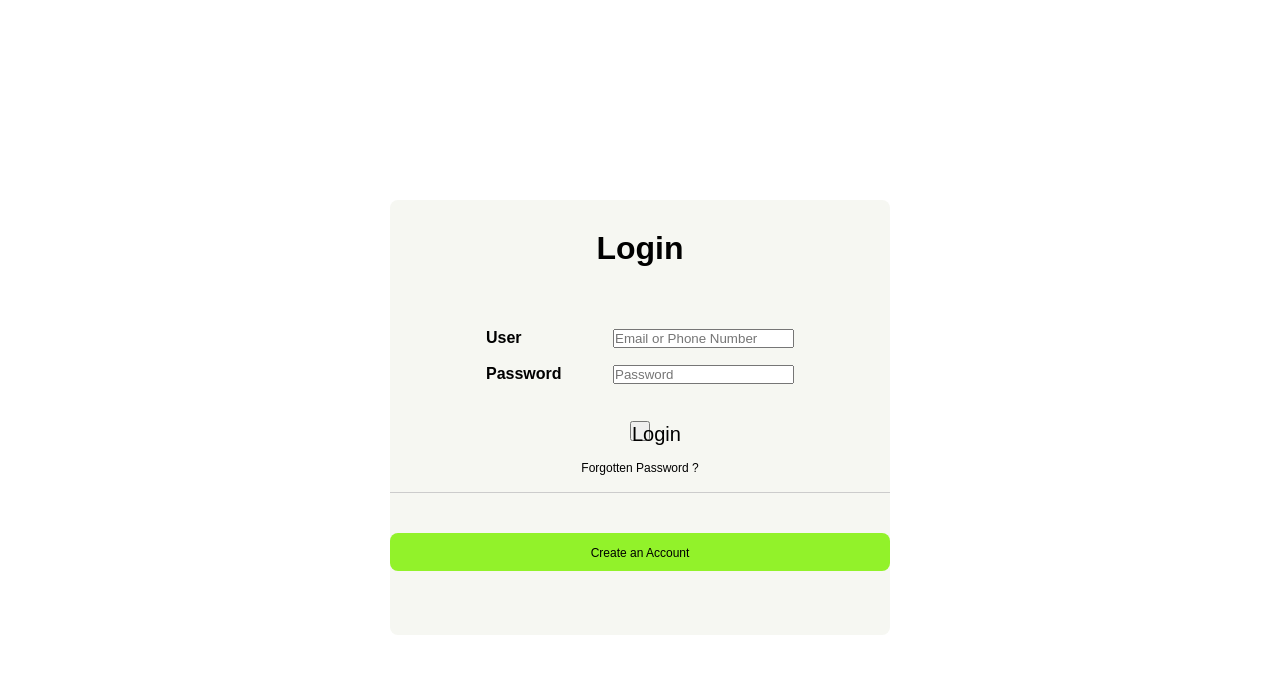
Repository: Naohonproject/web101x02_asm1
Page: login.html
These files come from the project's save history. The page is drawn as it stood at one moment and after the next save; the edit follows.
The browser window is 1280 px wide. The pictures show the whole page.

Above is the page before, as saved 2022-01-16 00:11:00.

### login.html
<!-- @format -->

<!DOCTYPE html>
<html lang="en">
	<head>
		<meta charset="UTF-8" />
		<meta http-equiv="X-UA-Compatible" content="IE=edge" />
		<meta name="viewport" content="width=device-width, initial-scale=1.0" />

		<link rel="stylesheet" href="./assets/css/style.css" />
		<link rel="stylesheet" href="./assets/css/responsive.css" />
		<title>login</title>
	</head>
	<body>
		<div class="conteiner">
			<form class="form" id="form-login" action="" method="">
				<div class="form-wrapper">
					<div class="logo">
						<h1>Login</h1>
					</div>
					<div class="input">
						<div class="user-input">
							<label for="user-id"><strong>User</strong></label>
							<input
								type="text"
								id="user-id"
								required
								placeholder="Email or Phone Number"
							/>
						</div>

						<div class="user-input">
							<label for="user-pass"><strong>Password</strong></label>
							<input
								type="text"
								id="user-pass"
								required
								placeholder="Password"
							/>
						</div>
						<div class="clear"></div>
					</div>
					<div class="btn-block">
						<div class="btn">
							<button type="button">Login</button>
						</div>

						<div class="forgotten">
							<a href="">Forgotten Password ?</a>
						</div>
						<div class="Create-acc">
							<a href="Signup.html" target="_blank">Create an Account</a>
						</div>
					</div>
				</div>
			</form>
		</div>
	</body>
</html>

### assets/css/style.css
/** @format */

/* common */

/* reset css */
* {
	box-sizing: border-box;
	padding: 0;
	margin: 0;
	text-decoration: none;
	color: #000;
}

/* row style */

/* collumn style */

/* Set text lineweight to Bold */
.bold-text {
	font-weight: 640;
}
.white-text {
	color: #fff !important;
}

.pull-left {
	float: left !important;
}

.pull-right {
	float: right !important;
}

.box-padding {
	padding: 40px 56px 30px;
}

.clear {
	clear: both;
}

/* specific */

html {
	font-family: Arial, Helvetica, sans-serif;
}

body {
	padding: 0 32px;
}
/* start styling header */
#header {
	height: 56px;
	width: 100%;
	background-color: #fff;
	background-clip: border-box;
	color: #000;
	font-size: 16px;
	text-transform: uppercase;
	font-weight: 500;
	position: fixed;
	top: 0;
	left: 0;
	z-index: 1;
	padding: 0 32px;
}

.header-wrapper {
	height: 100%;
	padding: 0 64px;
}

#header li:hover {
	background-color: #282830;
	cursor: pointer;
}
#header li:hover a {
	color: #fff;
}

#header li {
	display: inline-block;
	margin-left: 16px;
	line-height: 56px;
	padding: 0 16px;
}
/* end styling header */

/* start styling banner */
#banner {
	width: 100%;
	margin-top: 56px;
	padding-top: 39.123607%;
	background: url(../img/banner/banner.png) top center / cover no-repeat;
	background-origin: border-box;
	position: relative;
	top: 0;
	left: 0;
}

.banner-text-content {
	position: absolute;
	top: 160px;
	left: 56px;
}

#banner .content-heading,
.content-desc {
	font-family: "Times New Roman", Times, serif;
}

#banner .content-heading {
	font-size: 28px;
}

#banner .content-desc {
	font-size: 24px;
}
/* end styling banner */

/* start styling content */
#content {
	background-color: #e7e7e7;
	width: 100%;
	background-clip: border-box;
}

#content .content-heading h2,
p {
	padding: 4px 0;
}

#content .content-heading {
	margin-bottom: 20px;
}
#content img {
	display: block;
	width: 100%;
}

#content .image-block {
	float: left;
	width: calc(100% / 3);
	padding: 0 16px;
}

#content .content-images-table {
	margin-left: -16px;
	margin-right: -16px;
}

.image-block .first-img {
	margin-bottom: 40px;
}
/* end styling content */

/* start styling footer */
#footer {
	background-color: #ccc;
}

#footer .footer-block {
	float: left;
	max-width: calc(100% / 3);
	padding: 0 16px;
}

#footer .footer-wrapper {
	padding-bottom: 56px;
}

#footer h3,
p,
a {
	padding: 12px 0px;
}

#footer p {
	line-height: 24px;
}
#footer a {
	color: #1dabb8;
}
/* end styling footer */

/* start styling login.html */

.container {
	background-color: #f0f2f5;
}
.form-wrapper {
	width: 500px;
	margin: 0 auto;
	text-align: center;
	position: relative;
	top: 200px;
	background-color: #f6f7f2;
	border-radius: 8px;
	padding: 10px 0px 24px;
}

.form .logo {
	padding: 20px 40px;
	margin-bottom: 16px;
}
.form .input {
	padding: 8px 24px;
	margin-bottom: 24px;
}

.form .user-input {
	padding: 18px 72px;
}

.form .user-input label {
	display: inline-block;
	float: left;
}

.form .user-input input {
	display: inline-block;
	float: right;
}

.btn-block .btn {
	padding: 5px 0;
	margin-bottom: 8px;
	position: relative;
}

.btn-block .btn button {
	font-size: 20px;
	display: inline-block;
	width: 20px;
	height: 20px;
}

.btn-block a {
	font-size: 12px;
}

.btn-block .forgotten {
	margin-bottom: 40px;
	border-bottom: 1px solid #ccc;
	padding-bottom: 16px;
}

.btn-block .Create-acc {
	background-color: #92f22a;
	background-clip: padding-box;
	padding: 10px 56px;
	border-radius: 8px;
	margin-bottom: 40px;
}
.clear {
	clear: both;
}

Loaded but not shown: assets/css/responsive.css (no stored copy; drawn as an empty file)

After the next save:
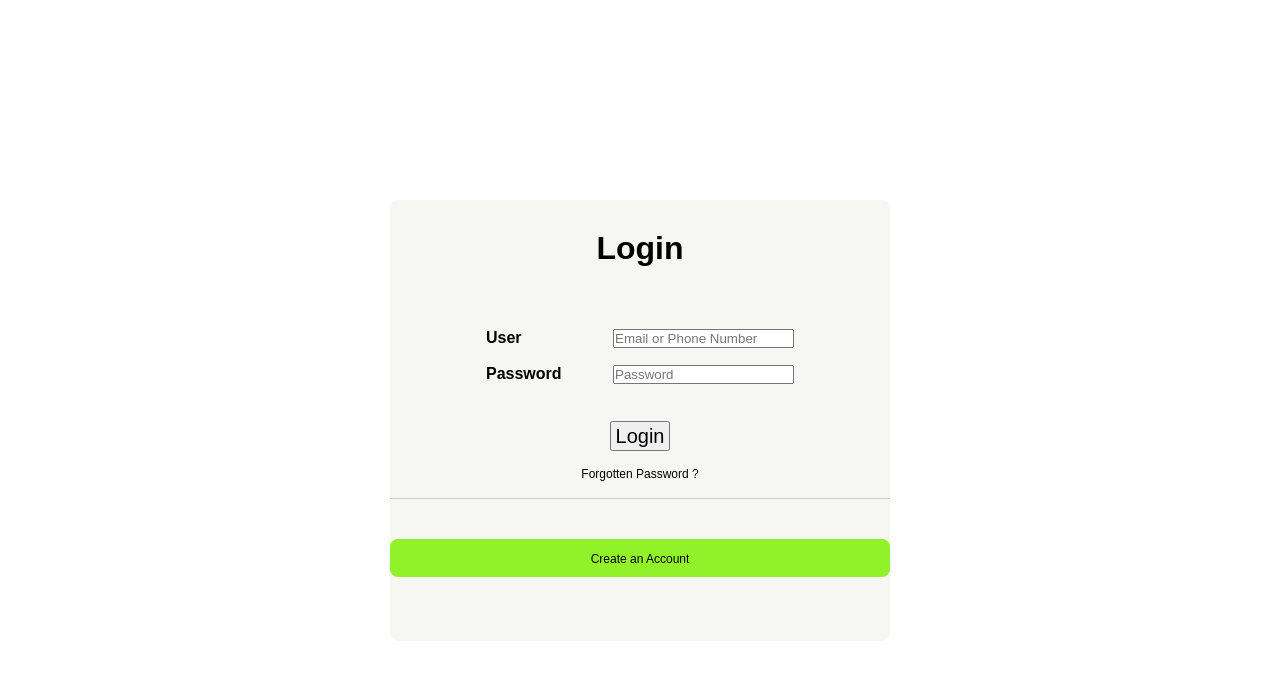
Saved 18 s later.
--- a/assets/css/style.css
+++ b/assets/css/style.css
@@ -231,8 +231,8 @@ a {
 .btn-block .btn button {
 	font-size: 20px;
 	display: inline-block;
-	width: 20px;
-	height: 20px;
+	width: 60px;
+	height: 30px;
 }
 
 .btn-block a {
